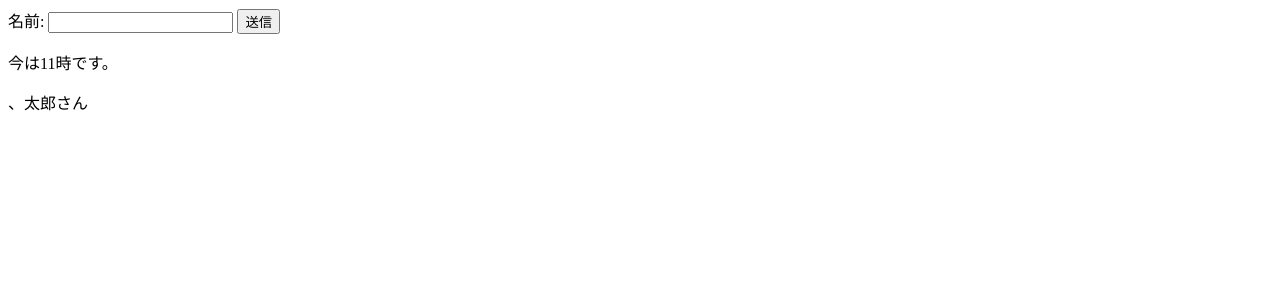
Repository: Shaw622/TechAcademy_FirstPrograming
Page: http://localhost/
The author's editor kept a record of every edit. The page is drawn from the files as they stood at one moment, then again after the next edit.
The browser window is 1280 px wide. The pictures show the whole page.
The page is run by PHP 8.4 with error messages shown; the project is at /var/www/html/.

Above is the page before.

### index.php
<?php
    function greeting($hour) {
        $result = "";

        if (6 <= $hour && $hour < 12) {
            $result = "おはよう";
        }
        elseif (12 <= $hour && $hour < 18) {
            $result = "こんにちは";
        }
        else {
            $result = "こんばんは";
        }
    }
?>

<!DOCTYPE html>
<html lang="ja">
    <head>
        <meta charset="UTF-8">
        <title>タイトル</title>
    </head>
    <body>
        <form action="index.php" method="POST">
            <label>名前: <input type="text" name="target_name"></label>
            <input type="submit" value="送信">
        </form>
        <?php
            date_default_timezone_set('Asia/Tokyo');
            $now_hour =  (int)date("H");
        ?>
        <p>今は<?php print $now_hour; ?>時です。</p>
        <p><?php print greeting($now_hour); ?>、太郎さん</p>
    </body>
</html>

After the next edit:
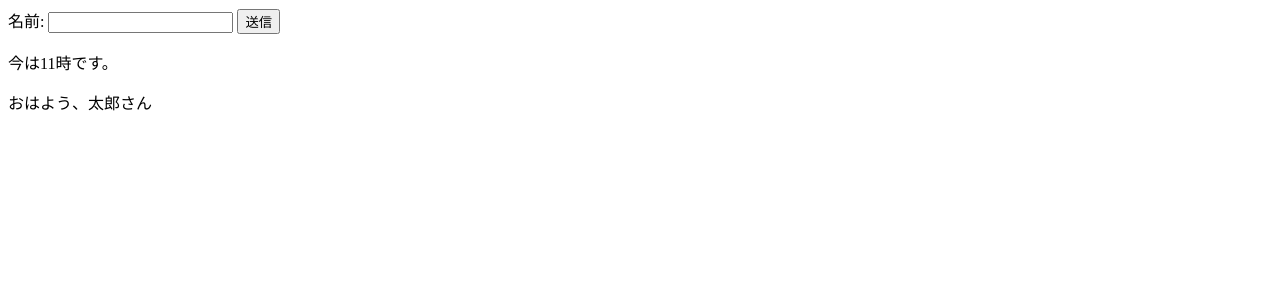
The edit:
--- a/index.php
+++ b/index.php
@@ -11,6 +11,7 @@
         else {
             $result = "こんばんは";
         }
+        return $result;
     }
 ?>
 
